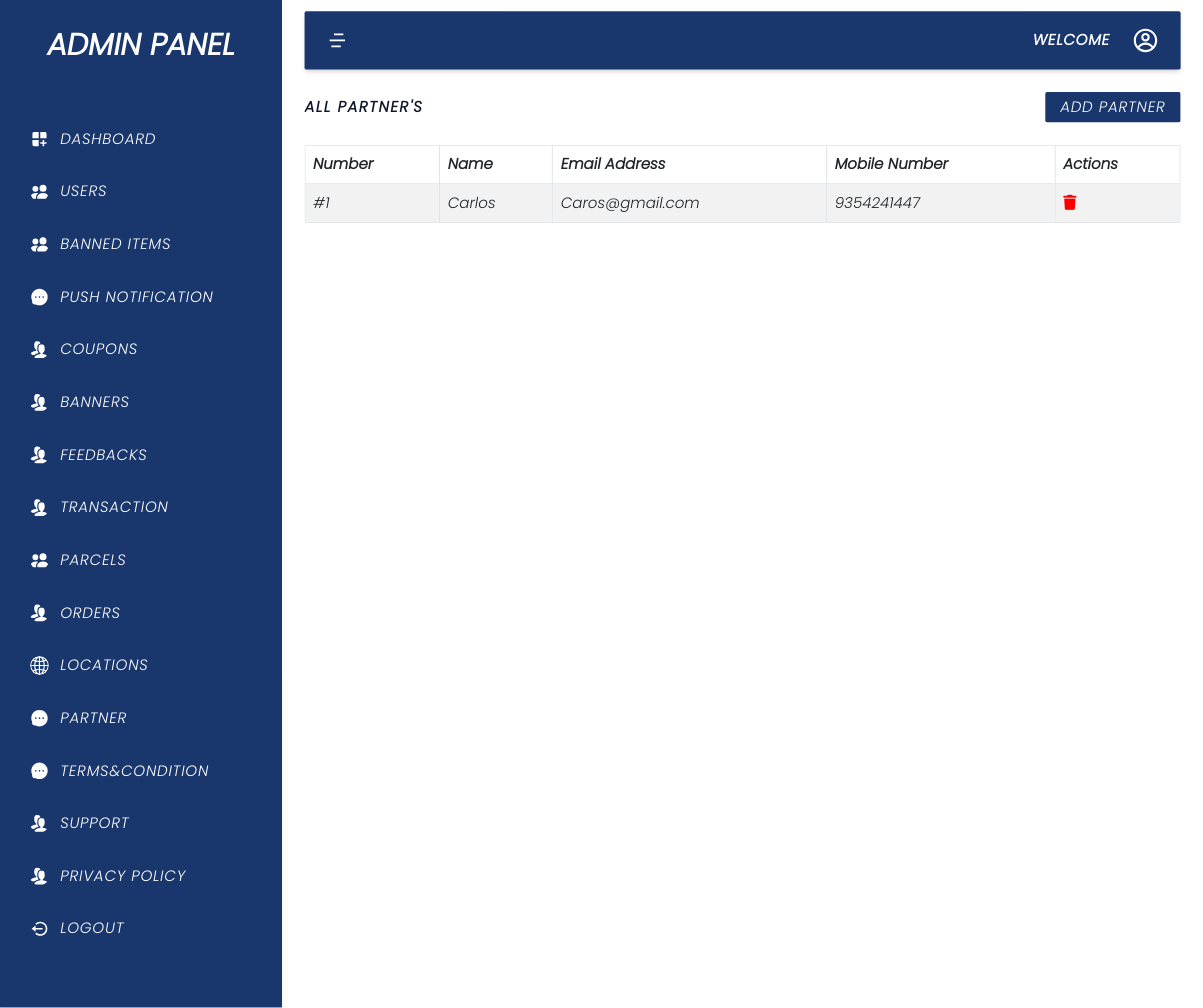
Repository: FlyweisReact/sarita
Page: /kundli
An editor plug-in stored every save of this project. The page is shown before and after a run of saves, followed by the edit.
The browser window is 1280 px wide. The pictures show the whole page, at 94% of full size.
Some web libraries are served in a nearby version. The project was rebuilt for these pictures with package versions that can differ from the ones it lists, and the page was loaded fresh each time. Also part of the build but not shown: src/vendorPanel/forms/VendorLogin.jsx, src/vendorPanel/pages/AdminDiscount.js, src/vendorPanel/pages/AdminReview.js, src/vendorPanel/pages/Astrologers.js, src/vendorPanel/pages/Banners.js, src/vendorPanel/pages/Booking.js, src/vendorPanel/pages/Horoscope.js, src/vendorPanel/pages/Message.js and 9 more.

Above is the page before, as saved 2023-04-19 15:04:22.

### public/index.html
<!-- @format -->

<!DOCTYPE html>
<html lang="en">
  <head>
    <meta charset="utf-8" />
    <meta name="viewport" content="width=device-width, initial-scale=1" />
    <meta name="theme-color" content="#000000" />
    <meta
      name="description"
      content="Web site created using create-react-app"
    />
    <link rel="apple-touch-icon" href="%PUBLIC_URL%/favicon.ico?v=2" />
    <link rel="manifest" href="%PUBLIC_URL%/manifest.json" />
    <link rel="preconnect" href="https://fonts.googleapis.com">
<link rel="preconnect" href="https://fonts.gstatic.com" crossorigin>
<link href="https://fonts.googleapis.com/css2?family=Roboto+Mono:ital,wght@1,300&display=swap" rel="stylesheet">
    <title>Ship24*7</title>
  </head>
  <body>
    <noscript>You need to enable JavaScript to run this app.</noscript>
    <div id="root"></div>
    <script src="https://code.jquery.com/jquery-3.6.0.min.js"></script>
    <script src="https://kit.fontawesome.com/b533b351e4.js" crossorigin="anonymous"></script>
  </body>
</html>

### src/index.js
import React from "react";
import ReactDOM from "react-dom/client";
import "./index.css";
import App from "./App";
import { BrowserRouter } from "react-router-dom";
import 'bootstrap/dist/css/bootstrap.min.css'

const root = ReactDOM.createRoot(document.getElementById("root"));
root.render(
  <React.StrictMode>
    <BrowserRouter>
      <App />
    </BrowserRouter>
  </React.StrictMode>
);

### src/index.css
/** @format */

@tailwind base;
@tailwind components;
@tailwind utilities;
@import url("https://fonts.googleapis.com/css2?family=Roboto+Mono:ital,wght@1,300&display=swap");
@font-face {
  font-family: Roboto;
  src: url("./Fonts/Poppins-LightItalic.ttf");
}
body {
  margin: 0;
  font-family: Roboto !important;
  -webkit-font-smoothing: antialiased;
  -moz-osx-font-smoothing: grayscale;
}

code {
  font-family: Roboto !important;
}

html {
  font-family: Roboto !important;
}

::-webkit-scrollbar {
  width: 10px;
}
.fa-trash {
  color: red;
  cursor: pointer;
}

.iCOn {

  transition: 0.5s;
  box-shadow: none;
  transform: scale(1);
}
.cardDiv{
  cursor: pointer;
}

.cardDiv:hover .iCOn{
  box-shadow: rgba(0, 0, 0, 0.35) 0px 5px 15px;
  transform: scale(1.3);
}

/* Track */
::-webkit-scrollbar-track {
  background: #f1f1f1;
}

/* Handle */
::-webkit-scrollbar-thumb {
  background: #888;
}

/* Handle on hover */
::-webkit-scrollbar-thumb:hover {
  background: #555;
}
.profileImage {
  width: 100px;
}
.fa-eye {
  color: #029aff;
  cursor: pointer;
}
.fa-edit {
  cursor: pointer;
  color: blue;
}

.View {
  border: 1px solid black;
  width: 100%;
  padding: 10px;
}

.main-card--container {
  display: grid;
  grid-template-columns: repeat(3, minmax(300px, 500px));
  grid-gap: 50px;
  justify-content: space-around;
}
.card-container {
  margin: 25px 0 auto;
  box-shadow: rgba(0, 0, 0, 0.35) 0px 5px 15px;
  position: relative;
  display: grid;
  grid-template-columns: 1fr;
  justify-content: space-around;
  align-items: flex-start;
}

.myEdit:focus {
  box-shadow: rgba(0, 0, 0, 0.35) 0px 5px 15px;
}



.AstroLogin{
  color: #fff;
  background-color: #2b7a8e;
  padding: 10px;
  width: 380px;
  text-align: center;
  font-size: 20px;
  background: linear-gradient(to left, #2b7a8e 50%, #fff 50%) right;
  background-size: 200%;
  transition: 0.5s ease-out;
  border: 1px solid #2b7a8e;
  margin-top: 10px;
  text-transform: uppercase;
}
.AstroLogin:hover {
  background-position: left;
  color: #2b7a8e;
}

.EcommerceAdminLogin{
  color: #fff;
  background-color: #19376d ;
  padding: 10px;
  width: 380px;
  text-align: center;
  font-size: 20px;
  background: linear-gradient(to left, #19376d 50%, #fff 50%) right;
  background-size: 200%;
  transition: 0.5s ease-out;
  border: 1px solid #19376d;
  margin-top: 10px;
  text-transform: uppercase;
}

.EcommerceAdminLogin:hover{
  background-position: left;
  color: #19376d;
}
.EcommerceVendorLogin{
  color: #fff;
  background-color: #576cbc;
  padding: 10px;
  width: 380px;
  text-align: center;
  font-size: 20px;
  background: linear-gradient(to left, #576cbc 50%, #fff 50%) right;
  background-size: 200%;
  transition: 0.5s ease-out;
  border: 1px solid #576cbc;
  margin-top: 10px;
  text-transform: uppercase;
}

.EcommerceVendorLogin:hover{
  background-position: left;
  color: #576cbc;
}

.view{
  background-color: #2196f3;
  color: #fff;
  width: 50%;
  padding: 5px;
}


.two-sec{
display:flex;
justify-content: space-evenly;
  justify-content: space-evenly;
}
.two-sec .left{
  width: 60%;
  background-color: #f6f1ef;
  padding: 20px;
 }
 .two-sec .left .head{
  font-size: 25px;
  font-weight: bold;
 }



.two-sec .right{
  width: 30%;
  background-color: #f6f1ef;
 }

 .searchDiv{
  width: 100%;
  display: flex;
  gap: 10px;
  border: 1px solid rgb(179, 179, 179);
  padding: 10px;
  margin-bottom: 20px;
  align-items: center;
 }
 .searchDiv input {
  width: 94%;
  outline: none;
  border: none;
 }

### src/App.js
/** @format */

import { Routes, Route } from "react-router-dom";
import { ToastContainer } from "react-toastify";
import "react-toastify/dist/ReactToastify.css";
import VendorLogin from "./vendorPanel/forms/VendorLogin";
import AdminDiscount from "./vendorPanel/pages/AdminDiscount";
import AdminReview from "./vendorPanel/pages/AdminReview";
import Astrologers from "./vendorPanel/pages/Astrologers";
import Banners from "./vendorPanel/pages/Banners";
import Booking from "./vendorPanel/pages/Booking";
import Horoscope from "./vendorPanel/pages/Horoscope";
import Kundli from "./vendorPanel/pages/Kundli";
import Message from "./vendorPanel/pages/Message";
import UploadDocs from "./vendorPanel/pages/UploadDocs";
import Users from "./vendorPanel/pages/Users";
import VendorDashboard from "./vendorPanel/pages/VendorDashboard.jsx";
import AdminUsers from "./vendorPanel/pages/AdminUsers";
import AdminBlogs from "./vendorPanel/pages/AdminBlogs";
import AdminCategory from "./vendorPanel/pages/AdminCategory";
import Support from "./vendorPanel/pages/Support";
import AdminTerms from "./vendorPanel/pages/AdminTerms";
import BannedItems from "./vendorPanel/pages/BannedItems";

function App() {
  return (
    <>
      <ToastContainer />

      <Routes>
        <Route path="/" element={<VendorLogin />} />
        <Route path="/vendorDashboard" element={<VendorDashboard />} />
        <Route path="/msg" element={<Message />} />
        <Route path="/admin/users" element={<AdminUsers />} />
        <Route path="/AdminDiscount" element={<AdminDiscount />} />
        <Route path="/Banners" element={<Banners />} />
        <Route path="/adminReviews" element={<AdminReview />} />

        <Route path="/admin/blogs" element={<AdminBlogs />} />
        <Route path="/book" element={<Booking />} />

        <Route path="/horo" element={<Horoscope />} />
        <Route path="/astro" element={<Astrologers />} />
        <Route path="/kundli" element={<Kundli />} />



        <Route path="/uploadDocs" element={<UploadDocs />} />
        <Route path="/privacy-policy" element={<Users />} />
        <Route path="/admin/category" element={<AdminCategory />} />
        <Route path="/admin/support" element={<Support />} />
        <Route path="/admin/terms" element={<AdminTerms />} />


        <Route path="/bannedItem" element={<BannedItems />} />

      </Routes>
    </>
  );
}

export default App;

### src/vendorPanel/pages/Kundli.js
/** @format */

import React from "react";
import { Table, Modal, Form, Button } from "react-bootstrap";
import HOC from "../layout/HOC";

const Kundli = () => {
  const [modalShow, setModalShow] = React.useState(false);


  function MyVerticallyCenteredModal(props) {
    return (
      <Modal
        {...props}
        size="lg"
        aria-labelledby="contained-modal-title-vcenter"
        centered
      >
        <Modal.Header closeButton>
          <Modal.Title id="contained-modal-title-vcenter">
            Add Partner
          </Modal.Title>
        </Modal.Header>
        <Modal.Body>
          <Form>


            <Form.Group className="mb-3">
              <Form.Label>Name</Form.Label>
              <Form.Control type="text" required />
            </Form.Group>
            <Form.Group className="mb-3">
              <Form.Label>Email Address</Form.Label>
              <Form.Control type="email" required />
            </Form.Group>
            <Form.Group className="mb-3">
              <Form.Label>Mobile Number </Form.Label>
              <Form.Control type="tel" pattern="[0-9]{10}" required />
            </Form.Group>

            <Button style={{ backgroundColor: "#19376d", borderRadius: "0" }}  type="submit">
              Submit
            </Button>
          </Form>
        </Modal.Body>
      </Modal>
    );
  }



  return (
    <>
      <MyVerticallyCenteredModal
        show={modalShow}
        onHide={() => setModalShow(false)}
      />
      <section>
        <div className="pb-4 sticky top-0  w-full flex justify-between items-center bg-white">
          <span className="tracking-widest text-slate-900 font-semibold uppercase ">
            All Partner's
          </span>
          <button
            onClick={() => {
              setModalShow(true);
            }}
            className="md:py-2 px-3 md:px-4 py-1 rounded-sm bg-[#19376d] uppercase  text-white tracking-wider"
          >
            Add partner
          </button>
        </div>

        <Table striped bordered hover>
          <thead>
            <tr>
              <th>Number</th>
              <th>Name</th>
              <th>Email Address</th>
              <th> Mobile Number   </th>
              <th>Actions</th>
            </tr>
          </thead>
          <tbody>
            <tr>
              <td>#1</td>
              <td>Carlos</td>
              <td>Caros@gmail.com</td>
              <td>9354241447</td>

              <td>
                <i className="fa-solid fa-trash" />
              </td>
            </tr>
          </tbody>
        </Table>
      </section>
    </>
  );
};

export default HOC(Kundli);

### src/vendorPanel/layout/HOC.jsx
import React, { useState } from "react";
import Navbar from "./Navbar";
import Sidebar from "./Sidebar";

const HOC = (Wcomponenet) => {
  return function Component() {
    const [hamb, setHamb] = useState(false);
    return (
      <>
        <section className="flex overflow-x-hidden relative">
          {/* Sidebar */}
          <div
            className={
              hamb
                ? " absolute top-0 z-30 md:w-auto shadow-md bg-slate-200  w-60 transition-all md:-left-full left duration-150  h-auto overflow-y-auto  left-0 "
                : " md:w-72 z-30 bg-slate-200  shadow-md  md:static absolute top-0 -left-full   transition-all duration-150  overflow-y-auto h-auto"
            }
            style={{minWidth : '300px'}}
          >
            <Sidebar hamb={hamb} setHamb={setHamb} />
          </div>
          {/* Components & Navbar */}
          <div
            className={
              hamb
                ? " transition-all px-4 py-2  bg-white duration-150 w-full h-screen"
                : " w-full h-screen  px-4 py-2  bg-white z-50 transition-all duration-150 "
            }
          >
            <Navbar hamb={hamb} setHamb={setHamb} />
            <div className="my-6 text-#000 h-[87%] wcomp overflow-y-auto">
              <Wcomponenet />
            </div>
          </div>
        </section>
      </>
    );
  };
};

export default HOC;

### src/vendorPanel/layout/Navbar.jsx
/** @format */

import { RiMenu4Line } from "react-icons/ri";
import { CgProfile } from "react-icons/cg";
import Form from "react-bootstrap/Form";
import { useState } from "react";
import Button from "react-bootstrap/Button";
import Modal from "react-bootstrap/Modal";
import Container from "react-bootstrap/Container";

function MyVerticallyCenteredModal(props) {
  return (
    <Modal
      {...props}
      size="lg"
      aria-labelledby="contained-modal-title-vcenter"
      centered
    >
      <Modal.Header closeButton>
        <Modal.Title id="contained-modal-title-vcenter">
          Edit Profile
        </Modal.Title>
      </Modal.Header>
      <Modal.Body>
        <Container style={{ width: "600px" }}>
          <Form>
            <Form.Group className="mb-3" controlId="formBasicEmail">
              <Form.Label>Name</Form.Label>
              <Form.Control type="text" placeholder="Admin" />
            </Form.Group>
            <Form.Group className="mb-3" controlId="formBasicPassword">
              <Form.Label>Email Address</Form.Label>
              <Form.Control type="email" placeholder="admin@gmail.com" />
            </Form.Group>
            <Form.Group className="mb-3" controlId="formBasicPassword">
              <Form.Label>Password</Form.Label>
              <Form.Control type="password" placeholder="Password" />
            </Form.Group>
            <Button
              style={{ backgroundColor: "#19376d", borderRadius: "0" }}
              type="submit"
            >
              Edit
            </Button>
          </Form>
        </Container>
      </Modal.Body>
    </Modal>
  );
}

const Navbar = ({ hamb, setHamb }) => {
  const [modalShow, setModalShow] = useState(false);

  return (
    <>
      <MyVerticallyCenteredModal
        show={modalShow}
        onHide={() => setModalShow(false)}
      />

      <div
        className={
          hamb
            ? "flex  w-full justify-between  my-1 rounded-sm  p-4 py-3 shadow-md items-center  bg-slate-200 space-x-4"
            : "flex  w-full justify-between my-1 rounded-sm  p-4 py-3 shadow-md items-center  bg-slate-200 space-x-4"
        }
        style={{ backgroundColor: "#19376d" }}
      >
        <RiMenu4Line
          onClick={() => setHamb(!hamb)}
          className="text-2xl font-bold text-gray-900 hover:scale-90 cursor-pointer"
          style={{ color: "#fff" }}
        />

        <section className="flex sm:ml-auto justify-end sm:w-full items-center space-x-2  pr-2">
          <figcaption className="tracking-wider pl-1 font-semibold">
            <div
              className="lg:text-base text-sm text-gray-900  uppercase"
              style={{ color: "#fff" }}
            >
              Welcome
            </div>
          </figcaption>
        </section>

        <CgProfile
          onClick={() => setModalShow(true)}
          className="text-2xl sm:text-3xl font-bold text-[rgb(241,146,46)] cursor-pointer"
          style={{ color: "#fff" }}
        />
      </div>
    </>
  );
};

export default Navbar;

### src/vendorPanel/layout/Sidebar.jsx
/** @format */

import React from "react";
import { RiCloseLine } from "react-icons/ri";
import { Link, useNavigate } from "react-router-dom";
import { BsFillPeopleFill } from "react-icons/bs";
import { ImUsers } from "react-icons/im";
import { BiLogOutCircle } from "react-icons/bi";
import { MdDashboardCustomize } from "react-icons/md";
import { BsGlobe2 } from "react-icons/bs";
import { AiFillMessage } from "react-icons/ai";

const Sidebar = ({ hamb, setHamb }) => {
  const navigate = useNavigate();

  const nav = [
    {
      icon: <MdDashboardCustomize className="text-xl mr-3 rounded-full " />,
      link: "/vendorDashboard",
      name: "DASHBOARD",
    },
    {
      icon: <BsFillPeopleFill className="text-xl mr-3 rounded-full " />,
      link: "/admin/users",
      name: "USERS",
    },
    {
      icon: <BsFillPeopleFill className="text-xl mr-3 rounded-full " />,
      link: "/bannedItem",
      name: "Banned Items",
    },
    {
      icon: <AiFillMessage className="text-xl mr-3 rounded-full " />,
      link: "/msg",
      name: "Push NOTIFICATION",
    },
    {
      icon: <ImUsers className="text-xl mr-3 rounded-full " />,
      link: "/AdminDiscount",
      name: "COUPONS",
    },
    {
      icon: <ImUsers className="text-xl mr-3 rounded-full " />,
      link: "/Banners",
      name: "BANNERS",
    },
    {
      icon: <ImUsers className="text-xl mr-3 rounded-full " />,
      link: "/adminReviews",
      name: "FEEDBACKS",
    },
    {
      icon: <ImUsers className="text-xl mr-3 rounded-full " />,
      link: "/admin/blogs",
      name: "Transaction",
    },
    {
      icon: <BsFillPeopleFill className="text-xl mr-3 rounded-full " />,
      link: "/astro",
      name: "Parcels",
    },

    {
      icon: <ImUsers className="text-xl mr-3 rounded-full " />,
      link: "/book",
      name: "Orders",
    },



    {
      icon: <BsGlobe2 className="text-xl mr-3 rounded-full " />,
      link: "/horo",
      name: "Locations",
    },
    {
      icon: <AiFillMessage className="text-xl mr-3 rounded-full " />,
      link: "/kundli",
      name: "Partner",
    },









    {
      icon: <AiFillMessage className="text-xl mr-3 rounded-full " />,
      link: "/admin/terms",
      name: "TERMS&CONDITION",
    },
    {
      icon: <ImUsers className="text-xl mr-3 rounded-full " />,
      link: "/admin/support",
      name: "SUPPORT",
    },
    {
      icon: <ImUsers className="text-xl mr-3 rounded-full " />,
      link: "/privacy-policy",
      name: "PRIVACY POLICY",
    },

  ];

  const logOut = () => {
    navigate("/");
  };

  return (
    <>
      <aside
        className="p-4 h-auto"
        style={{ backgroundColor: "#19376d", minHeight: "100vh" }}
      >
        {/* Top */}
        <div className="w-full md:hidden relative  p-2 mb-4">
          <RiCloseLine
            onClick={() => setHamb(!hamb)}
            className="text-3xl  absolute top-2 sm:hover:rotate-[228deg] transition-transform font-bold right-2 sm:hover:text-[22px] text-[rgb(241,146,46)] cursor-pointer"
          />
        </div>{" "}
        <figure className="flex  flex-col items-center">
          <span className="font-bold text-[#fff]" style={{ fontSize: "2rem"  , textAlign : 'center'}}>
            ADMIN PANEL
          </span>
        </figure>
        <nav className="py-6">
          {nav.map((nav) => {
            return (
              <Link
                to={nav.link}
                key={nav.name}
                className=""
                style={{ textDecoration: "none"  , textTransform : 'uppercase'}}
              >
                <span
                  className="flex my-3 items-center cursor-pointer text-gray-900    tracking-wider p-2 rounded-sm"
                  style={{ color: "#fff" }}
                >
                  {nav.icon} {nav.name}
                </span>
              </Link>
            );
          })}
          <span
            className="flex my-3 items-center cursor-pointer text-gray-900    tracking-wider p-2 rounded-sm"
            onClick={() => logOut()}
            style={{ color: "#fff", textTransform : 'uppercase' }}
          >
            <BiLogOutCircle className="text-xl mr-3 rounded-full " /> LogOut
          </span>
        </nav>
      </aside>
    </>
  );
};

export default Sidebar;

Loaded but not shown: tailwind.config.js (common file)

After the next 2 saves:
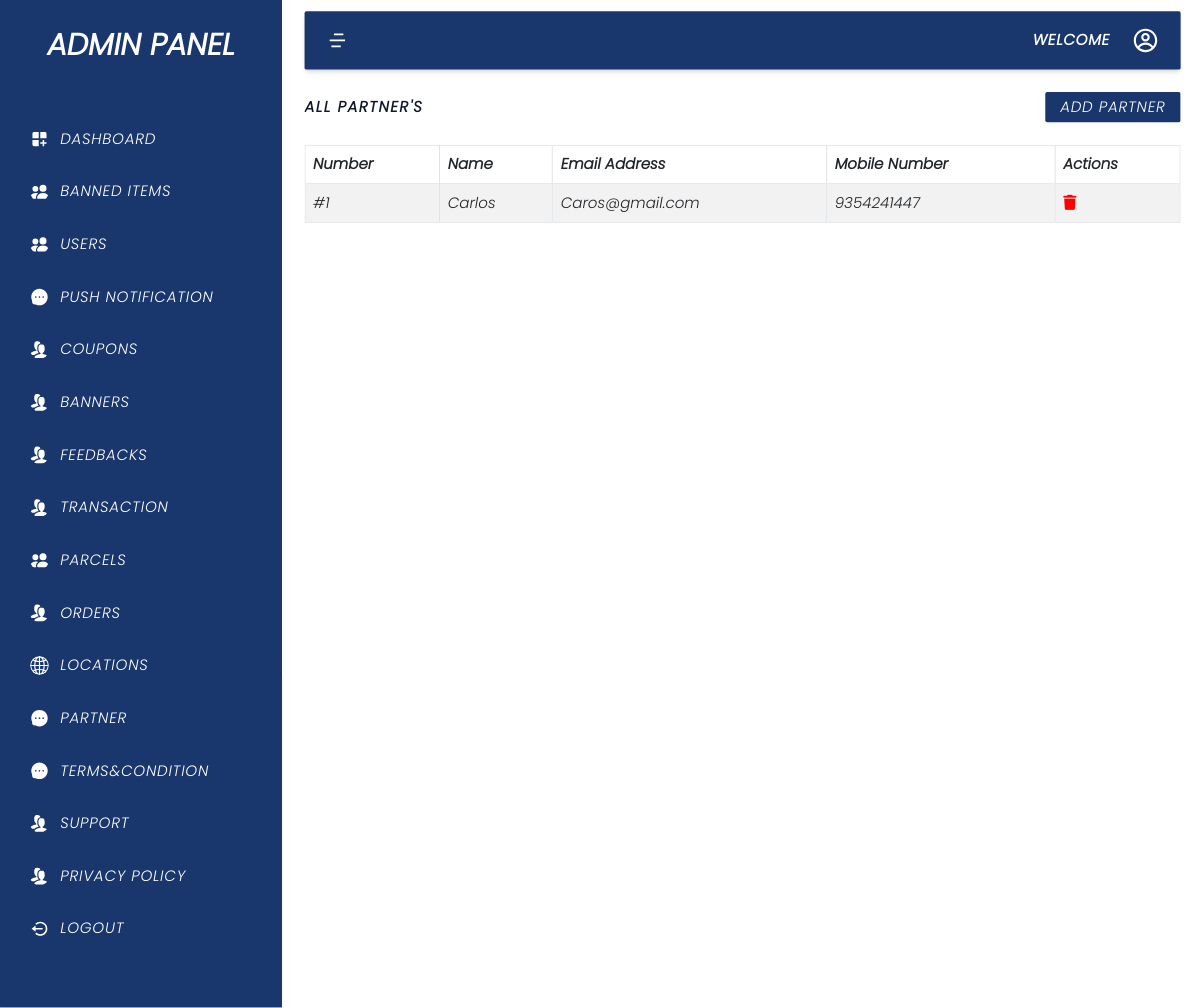
The 2 saves are shown as one change because they came seconds apart.
The last was saved 12 s later.
--- a/src/vendorPanel/layout/Sidebar.jsx
+++ b/src/vendorPanel/layout/Sidebar.jsx
@@ -21,14 +21,17 @@
     },
     {
       icon: <BsFillPeopleFill className="text-xl mr-3 rounded-full " />,
+      link: "/bannedItem",
+      name: "Banned Items",
+    },
+
+
+    {
+      icon: <BsFillPeopleFill className="text-xl mr-3 rounded-full " />,
       link: "/admin/users",
       name: "USERS",
     },
-    {
-      icon: <BsFillPeopleFill className="text-xl mr-3 rounded-full " />,
-      link: "/bannedItem",
-      name: "Banned Items",
-    },
+
     {
       icon: <AiFillMessage className="text-xl mr-3 rounded-full " />,
       link: "/msg",
